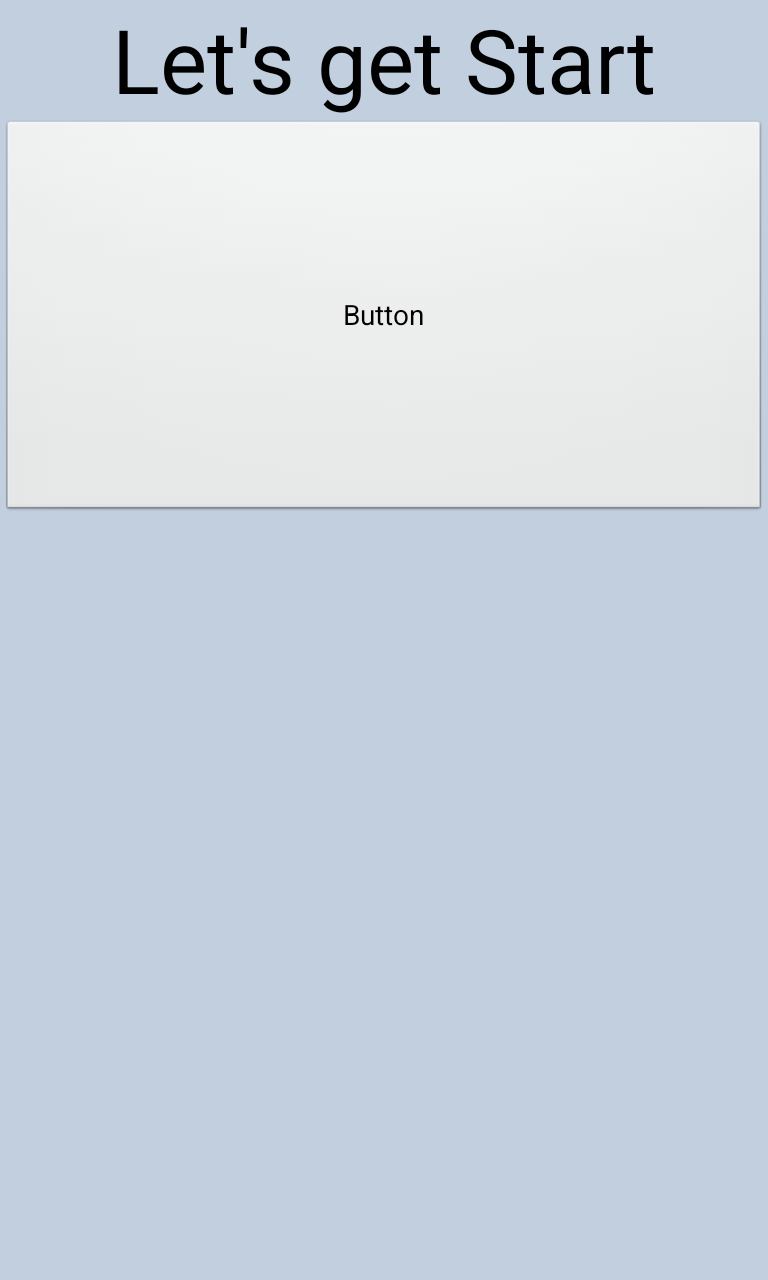
Repository: parinya1968/My-project
Layout: DroidWork/getBig/res/layout/profilemenu.xml
An editor plug-in stored every save of this project. The layout is shown before and after the next save, followed by the edit.
It is drawn on a 768 x 1280 px phone screen (xhdpi) without system bars, with theme android:Theme.NoTitleBar.Fullscreen; the app's code is not run.

Above is the layout before, as saved 2012-06-20 03:12:19.

After the next save:
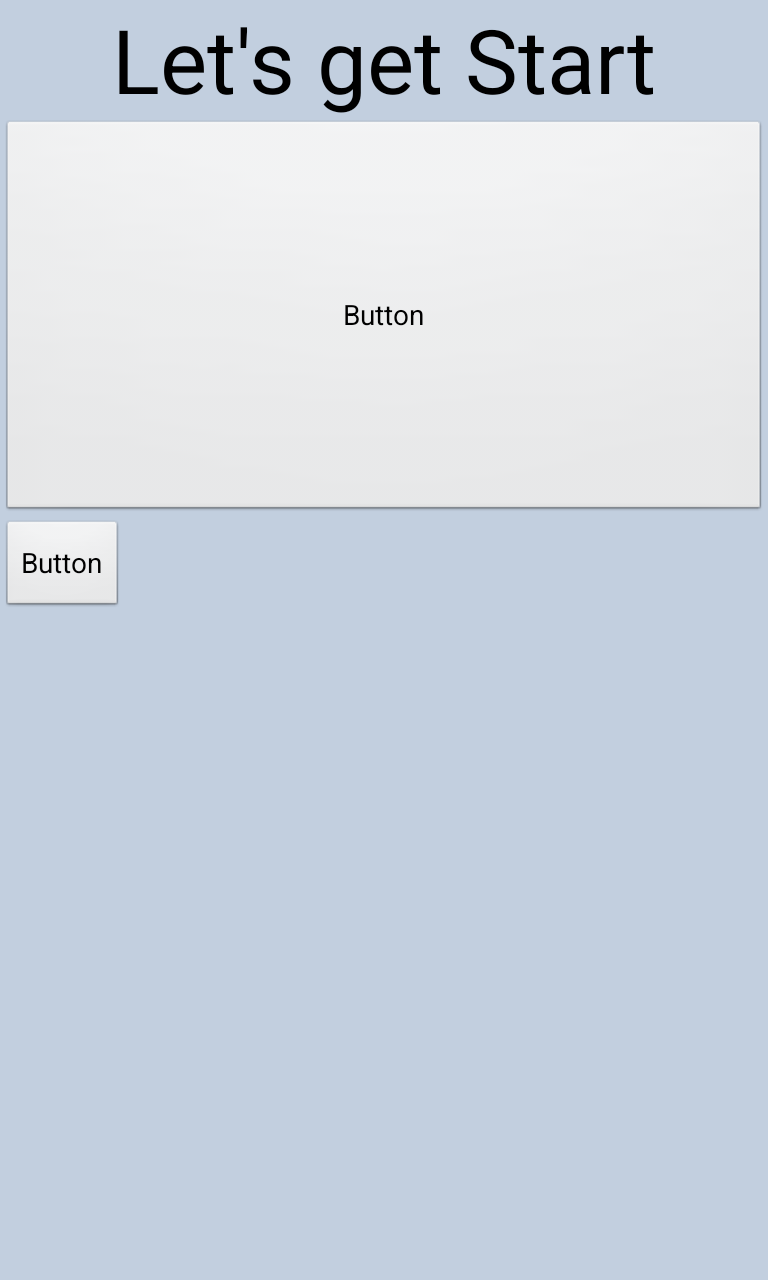
Saved 66 s later.
--- a/DroidWork/getBig/res/layout/profilemenu.xml
+++ b/DroidWork/getBig/res/layout/profilemenu.xml
@@ -14,11 +14,12 @@
         android:textSize="20pt" />
 
 
+
     <LinearLayout
         android:layout_width="match_parent"
         android:layout_height="wrap_content"
         android:layout_weight="0.32"
-        android:orientation="horizontal" >
+        android:orientation="vertical" >
 
 
 
@@ -28,15 +29,11 @@
             android:layout_width="match_parent"
             android:layout_height="200dp"
             android:text="Button" />
+
         <Button
             android:id="@+id/button2"
-            android:layout_width="match_parent"
-            android:layout_height="200dp"
-            android:text="Button" />
-        <Button
-            android:id="@+id/button3"
-            android:layout_width="match_parent"
-            android:layout_height="200dp"
+            android:layout_width="wrap_content"
+            android:layout_height="wrap_content"
             android:text="Button" />
 
     </LinearLayout>
